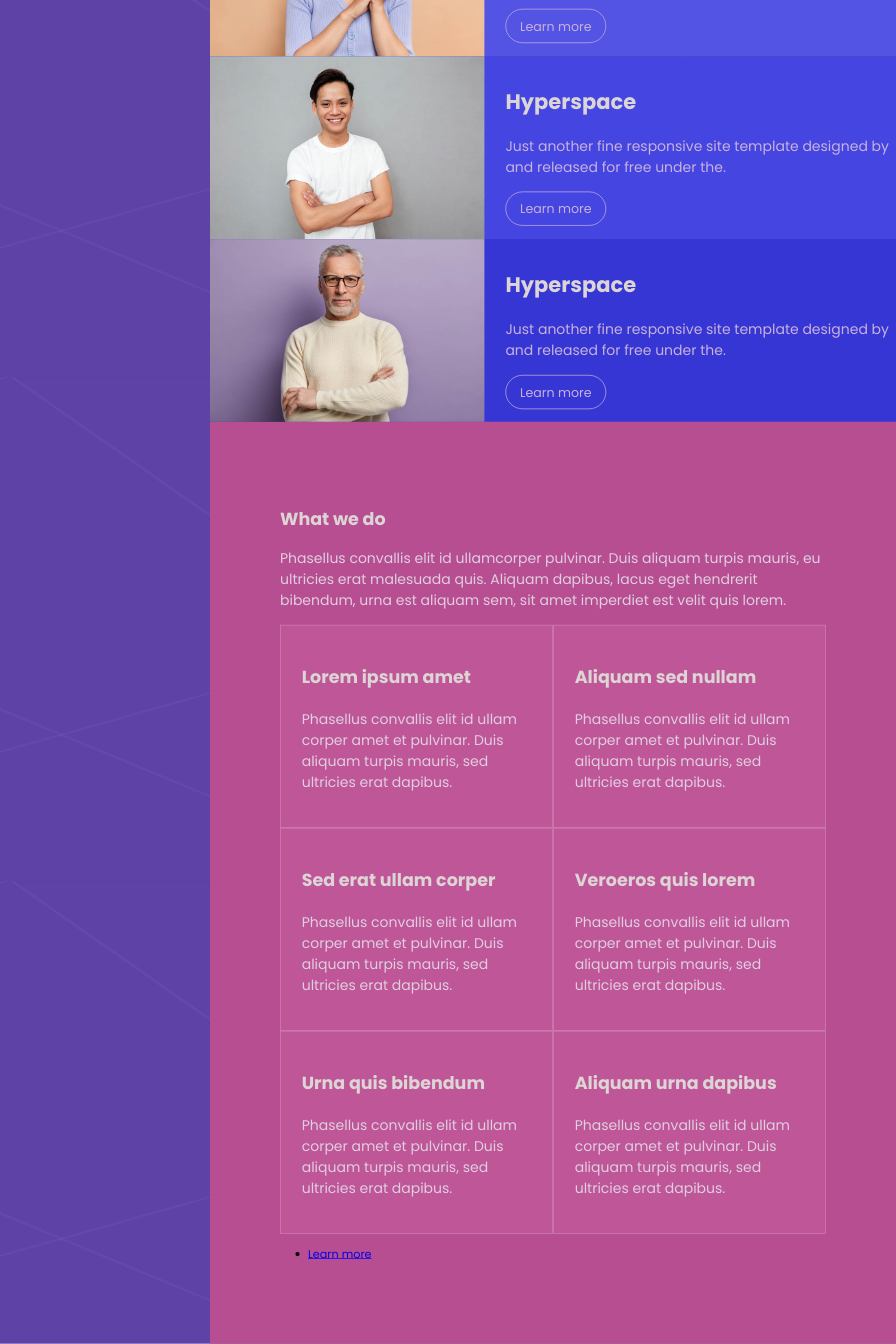
Repository: zai31/KIMIT_Tasks
Page: JsSession8/index.html
The author's editor kept a copy of each file at every save. The page is drawn from the files as they stood at one save, then again after the next save.
The browser window is 1280 px wide. The pictures show the part of the page from y = 901 to 2821 px (the page is 2821 px tall before and 2801 px after), at 70% of full size.
Backgrounds fixed to the window are drawn as part of the page.

Above is the page before, as saved 2025-09-15 20:51:13.

### JsSession8/index.html
<!DOCTYPE html>
<html lang="en">
<head>
    <meta charset="UTF-8">
    <meta name="viewport" content="width=device-width, initial-scale=1.0">
    <link rel="stylesheet" href="./css/style.css">
    <title>Responsive</title>
</head>

<body>
    <section  class="flex-section">
        <div class="menu">
        <ul>
            <li><a href="#">welcome</a></li>
            <li><a href="#">who are we</a></li>
            <li><a href="#">what we do</a></li>
            <li><a href="#">get in touch</a></li>
        </ul>
</div>
<div class="section">
    <div class="content">
      <div class="intro">
							<h1>Hyperspace</h1>
							<p>Just another fine responsive site template designed by <a href="https://html5up.net">HTML5 UP</a><br>
							and released for free under the <a href="https://html5up.net/license">Creative Commons</a>.</p>
							<button>Learn more</button>

						</div>
    <div class="overview">
        <div class="s" style="background-color: rgb(83, 83, 228);">
           <img src="./images/1.jpg" alt="">

							<div ><h1>Hyperspace</h1>
                                <p>Just another fine responsive site template designed by
							and released for free under the.</p>
							<button>Learn more</button></div>
        </div>
        <div class="s" style="background-color: rgb(69, 69, 226);">
            <img src="./images/2.jpg" alt="">
							<div >
                                           	<h1>Hyperspace</h1>
<p>Just another fine responsive site template designed by
							and released for free under the.</p>
							<button>Learn more</button></div>
        </div>
        <div class="s" style="background-color: rgb(54, 54, 213);">
            <img src="./images/3.jpg" alt="">
							<div >
                                           	<h1>Hyperspace</h1>
<p>Just another fine responsive site template designed by
							and released for free under the.</p>
							<button>Learn more</button></div>
        </div>
    <div class="what">
							<h2>What we do</h2>
							<p>Phasellus convallis elit id ullamcorper pulvinar. Duis aliquam turpis mauris, eu ultricies erat malesuada quis. Aliquam dapibus, lacus eget hendrerit bibendum, urna est aliquam sem, sit amet imperdiet est velit quis lorem.</p>
							<div class="features">
								<section>
									<span class="icon fa-code"></span>
									<h3>Lorem ipsum amet</h3>
									<p>Phasellus convallis elit id ullam corper amet et pulvinar. Duis aliquam turpis mauris, sed ultricies erat dapibus.</p>
								</section>
								<section>
									<span class="icon  fa-lock"></span>
									<h3>Aliquam sed nullam</h3>
									<p>Phasellus convallis elit id ullam corper amet et pulvinar. Duis aliquam turpis mauris, sed ultricies erat dapibus.</p>
								</section>
								<section>
									<span class="icon  fa-cog"></span>
									<h3>Sed erat ullam corper</h3>
									<p>Phasellus convallis elit id ullam corper amet et pulvinar. Duis aliquam turpis mauris, sed ultricies erat dapibus.</p>
								</section>
								<section>
									<span class="icon  fa-desktop"></span>
									<h3>Veroeros quis lorem</h3>
									<p>Phasellus convallis elit id ullam corper amet et pulvinar. Duis aliquam turpis mauris, sed ultricies erat dapibus.</p>
								</section>
								<section>
									<span class="icon  fa-link"></span>
									<h3>Urna quis bibendum</h3>
									<p>Phasellus convallis elit id ullam corper amet et pulvinar. Duis aliquam turpis mauris, sed ultricies erat dapibus.</p>
								</section>
								<section>
									<span class="icon  fa-gem"></span>
									<h3>Aliquam urna dapibus</h3>
									<p>Phasellus convallis elit id ullam corper amet et pulvinar. Duis aliquam turpis mauris, sed ultricies erat dapibus.</p>
								</section>
							</div>
							<ul class="actions">
								<li><a href="generic.html" class="button">Learn more</a></li>
							</ul>

    </div>
                        </div>
                        </div>
                    </section>
</body>
</html>

### JsSession8/CSS/style.css
@import url("https://fonts.googleapis.com/css2?family=Poppins:ital,wght@0,100;0,200;0,300;0,400;0,500;0,600;0,700;0,800;0,900;1,100;1,200;1,300;1,400;1,500;1,600;1,700;1,800;1,900&display=swap");

* {
    box-sizing: border-box;
    font-family: "Poppins", sans-serif;
}

:root {
    --sidebar-color: #312450;
    --primary-color: #5e42a6;
    --secondary-color: #b74e91;
    --section-bg-color: #c7b2dc;
    --dark-color: #000000;
    --navbar-bg-color: #273053;
    --p-color: #717275;
    --highlight-icon-color: #ff0100;
    --main-transition: 0.5s all ease-in-out;
}


html,
body {
    height: 100%;
    margin: 0;
    padding: 0;
}

.flex-section {
    display: flex;
    flex-direction: row;

}

/*side bar*/
.flex-section .menu {
    min-height: 100vh;
    /* ensures sidebar spans at least the full screen */
    height: auto;
    /* lets it grow with content */
    width: 300px;
    top: 0;
    left: 0;
    position: fixed;
    background-color: var(--sidebar-color);
    padding: 145px 30px;
    box-shadow: 0 0 10px rgba(0, 0, 0, 0.1);
}

.flex-section .menu ul {
    list-style: none;
    padding: 0;
    margin: 0;
    text-align: right;
}

.flex-section .menu ul li {
    margin-bottom: 10px;
    font-size: 20px;
    position: relative;
    /* needed for ::after positioning */
    padding-bottom: 10px;
}

.flex-section .menu ul li a {
    text-decoration: none;
    color: #8b82a1;

}

.flex-section .menu ul li::after {
    content: "";
    position: absolute;
    left: 0;
    bottom: 0;
    width: 100%;
    /* stick to the bottom */
    height: 2px;
    background-color: #8b82a1;
    /* thickness of underline */
    transition: width 0.3s ease;
}

/*use js*/
.flex-section .menu ul li a:hover::after {
    width: 100%;
    /* expand underline on hover */
}


.flex-section .menu ul li a:hover {
    color: #b5b8bf;
}

.flex-section .menu ul li a:active {
    color: #5e42a6;
}

.flex-section .menu ul li a:active::after {
    background: linear-gradient(to right, #4b0082, #8b00ff, #981196);
}






/*content first section */
.flex-section .section {
    flex: 1;
    background-color: var(--section-bg-color);
    background-attachment: fixed;
    background-image: url("../assets/css/images/Screenshot\ 2025-09-15\ 075920.png");
    background-position: top right;
    background-repeat: no-repeat;
    background-size: 100% 100%;
    padding-left: 300px;
}

.flex-section .section .content {
    display: flex;
    flex-direction: column;
    width: 100%;
}

.flex-section .section .content .intro {
    padding: 100px;
    width: 100%;
    height: 100vh;
}

.flex-section .section .content .intro h1 {
    color: rgb(221, 213, 213);
    font-size: 50px;
}

.flex-section .section .content .intro p,
.flex-section .section .content .intro a {
    color: var(--section-bg-color);
    font-size: 20px;
}

.flex-section .section .content .intro a:hover {
    color: #fefefe;
    text-decoration: none;
}

.flex-section .section .content .intro button {
    color: var(--section-bg-color);
    background-color: transparent;
    border: 1px solid var(--section-bg-color);
    padding: 10px 20px;
    border-radius: 25px;
    cursor: pointer;
    text-decoration: none;
    font-size: 18px;
}

.flex-section .section .content .intro button:hover {
    background-color: #6f54b6;
}




/*content second section */

.flex-section .section .content .overview .s {
    display: flex;
    flex-direction: row;
    align-items: center;
    gap: 30px;
}

.flex-section .section .content .overview .s h1 {
    color: rgb(221, 213, 213);
    font-size: 30px;
}

.flex-section .section .content .overview .s p {
    color: var(--section-bg-color);
    font-size: 20px;
}

.flex-section .section .content .overview .s button {
    color: var(--section-bg-color);
    background-color: transparent;
    border: 1px solid var(--section-bg-color);
    padding: 10px 20px;
    border-radius: 25px;
    cursor: pointer;
    text-decoration: none;
    font-size: 18px;
}

.flex-section .section .content .overview .s button:hover {
    background-color: rgb(77, 77, 246);
}

.flex-section .section .content .overview .s img {
    width: 40%;
}

/*what section*/

.flex-section .section .content .what {
    padding: 100px;
    width: 100%;
    background-color: var(--secondary-color);
}

.flex-section .section .content .what h3,
.flex-section .section .content .what h2 {
    color: rgb(221, 213, 213);
    font-size: 25px;
}
.flex-section .section .content .what p {
    color: #e0cee1;
    font-size: 20px;
}

.flex-section .section .content .what .features{
    display: flex;
    flex-direction: row;
    flex-wrap: wrap;
    background-color: #be5698;


}
.flex-section .section .content .what .features section {
 flex: 1 1 45%;     /* grow/shrink, ~half width with gap */
 border: 0.5px solid rgba(255, 255, 255, 0.248);
 box-sizing: border-box;
 padding: 30px;

}

After the next save:
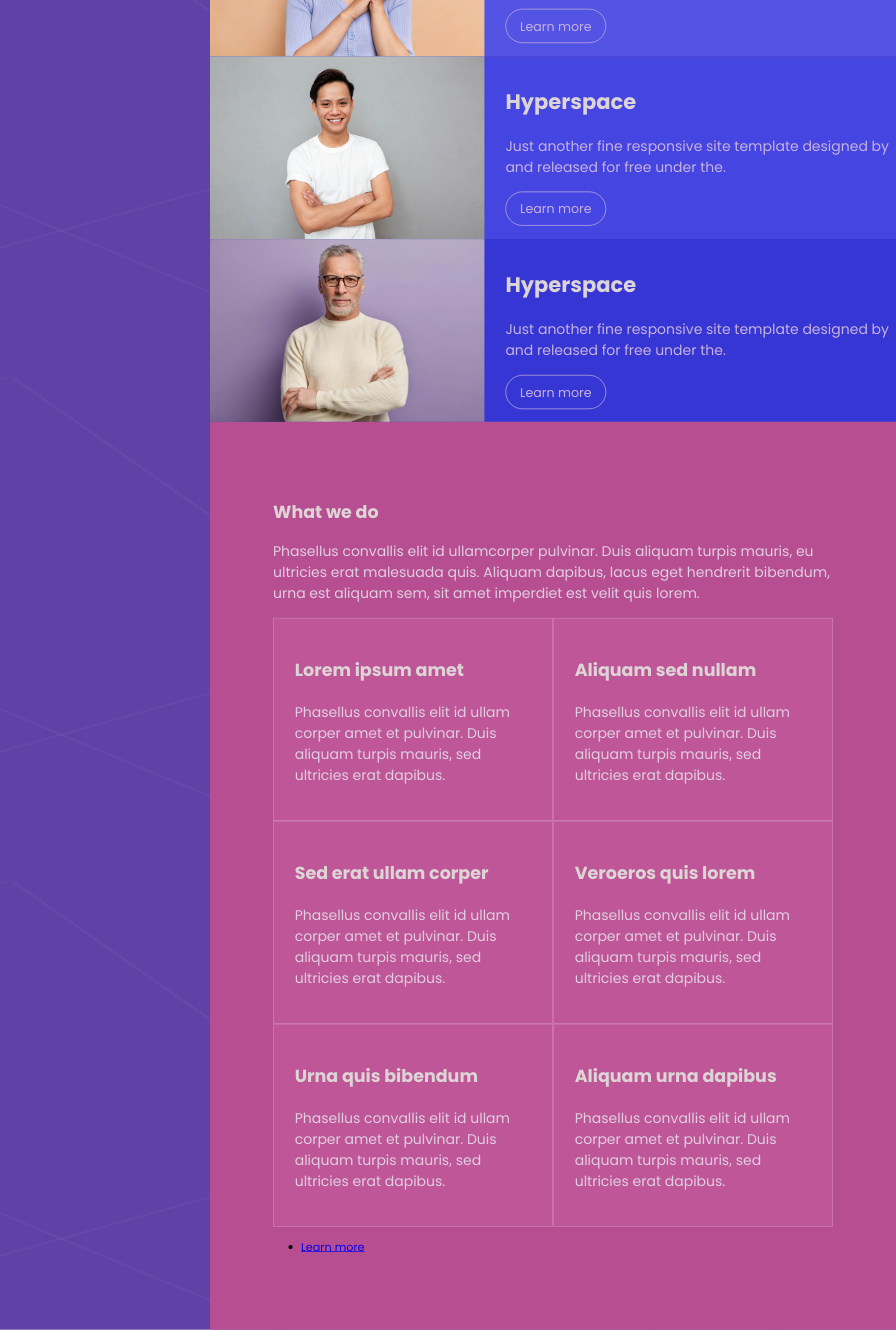
Saved 27 s later.
--- a/JsSession8/CSS/style.css
+++ b/JsSession8/CSS/style.css
@@ -203,7 +203,7 @@ body {
 /*what section*/
 
 .flex-section .section .content .what {
-    padding: 100px;
+    padding: 90px;
     width: 100%;
     background-color: var(--secondary-color);
 }
